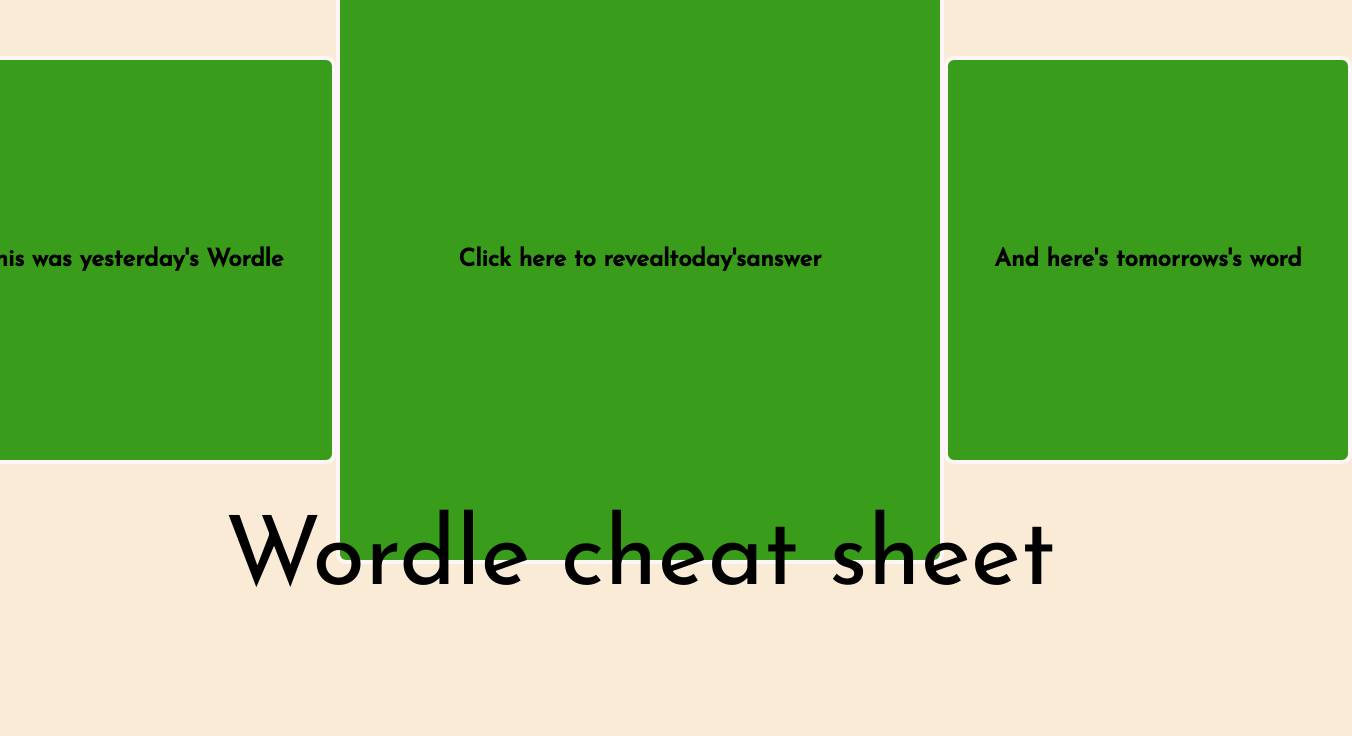
Repository: enoripl/tomorrows-wordle
Page: index.html
An editor plug-in stored every save of this project. The page is shown before and after the next save, followed by the edit.
The browser window is 1280 px wide. The page is 1352 px wide, so the pictures cover 1352 px, including what lies to the right of the window. The pictures show the whole page.

Above is the page before, as saved 2022-02-09 17:04:40.

### index.html
<!DOCTYPE html>
<html lang="en">
  <head>
    <meta charset="UTF-8" />
    <meta http-equiv="X-UA-Compatible" content="IE=edge" />
    <meta name="viewport" content="width=device-width, initial-scale=1.0" />
    <link rel="stylesheet" href="styles.css" />
    <script type="text/javascript" src="script.js" defer></script>
    <title>Today's (and tommorow's Wordle)</title>
  </head>
  <body>
    <main class="main-content">
      <div class="buttons-section">
        <div class="buttons-group">
          <div class="answer-btns" id="yesterdays-btn">
            This was yesterday's Wordle
          </div>
          <div class="answer-btns" id="todays-btn">
            <p>Click here to reveal</p>
            <p> today's</p>
            <p>answer</p>
          </div>
          <div class="answer-btns" id="tomorrows-btn">
            And here's tomorrows's word
          </div>
        </div>
      </div>
    </main>
    <div class="logo-section">
      <div class="logo">Wordle cheat sheet</div>
    </header>
  </body>
</html>

### styles.css
@import url('https://fonts.googleapis.com/css2?family=Josefin+Sans:wght@300;400;500&display=swap');
body {
    height: 100vh;
    font-family: 'Josefin Sans', sans-serif;
    background-color: antiquewhite;
}

main {
    height: 70%;
}
.main-content {
    display: flex;
    justify-content: center;
    align-items: center;
}
.buttons-group {
    display: flex;
    align-items: center;
}

.answer-btns {
    display: flex;
    justify-content: center;
    align-items: center;
    background-color: rgb(57, 156, 26);
    height: 400px;
    width: 400px;
    font-size: 1.5rem;
    font-weight: 600;
    border-radius: 10px;
    border: 4px solid rgb(252, 247, 246);
}

.answer-text {
    font-size: 3rem;
}
#todays-btn {
    height: 600px;
    width: 600px;
}

.logo-section {
    display: flex;
    justify-content: center;
    align-items: center;
    height: auto;
    font-size: 6rem;
}

Loaded but not shown: script.js (2353 lines, source omitted)

After the next save:
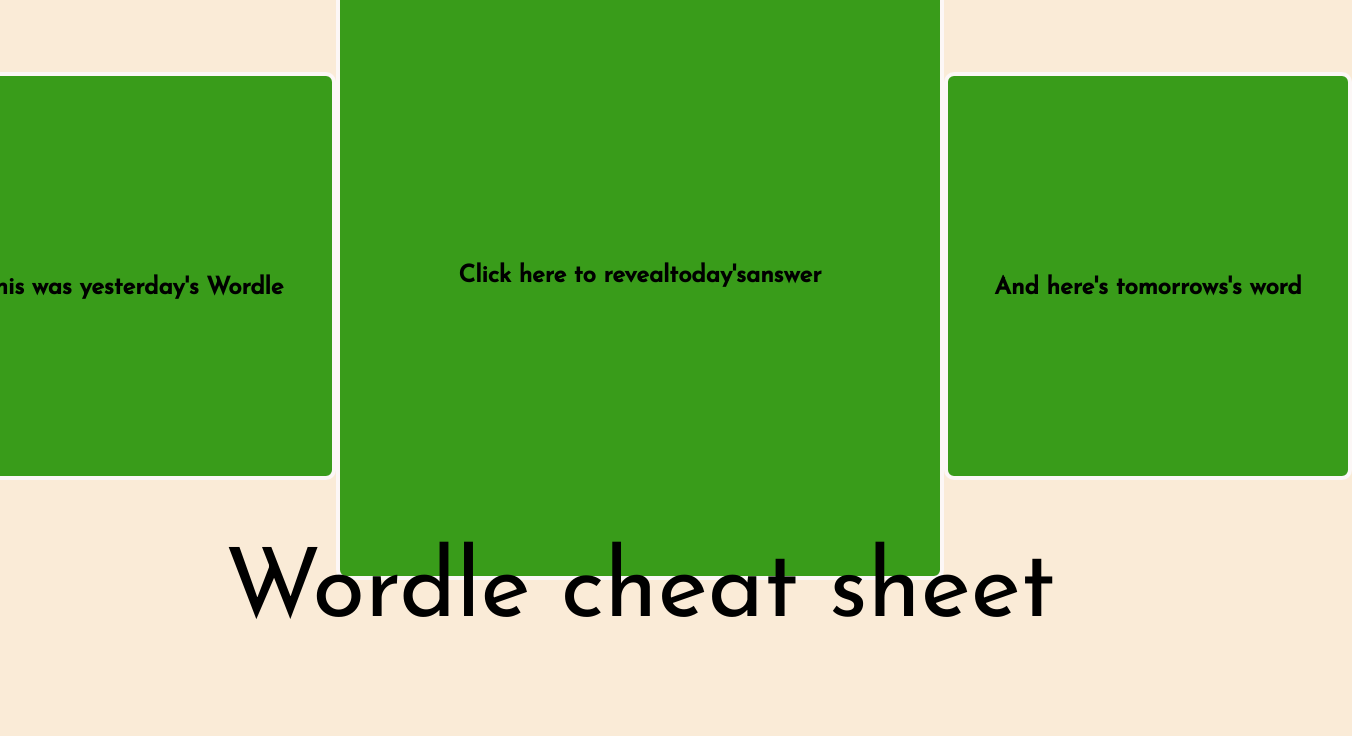
Saved 90 s later.
--- a/styles.css
+++ b/styles.css
@@ -3,6 +3,7 @@
     height: 100vh;
     font-family: 'Josefin Sans', sans-serif;
     background-color: antiquewhite;
+    white-space: pre-line
 }
 
 main {
